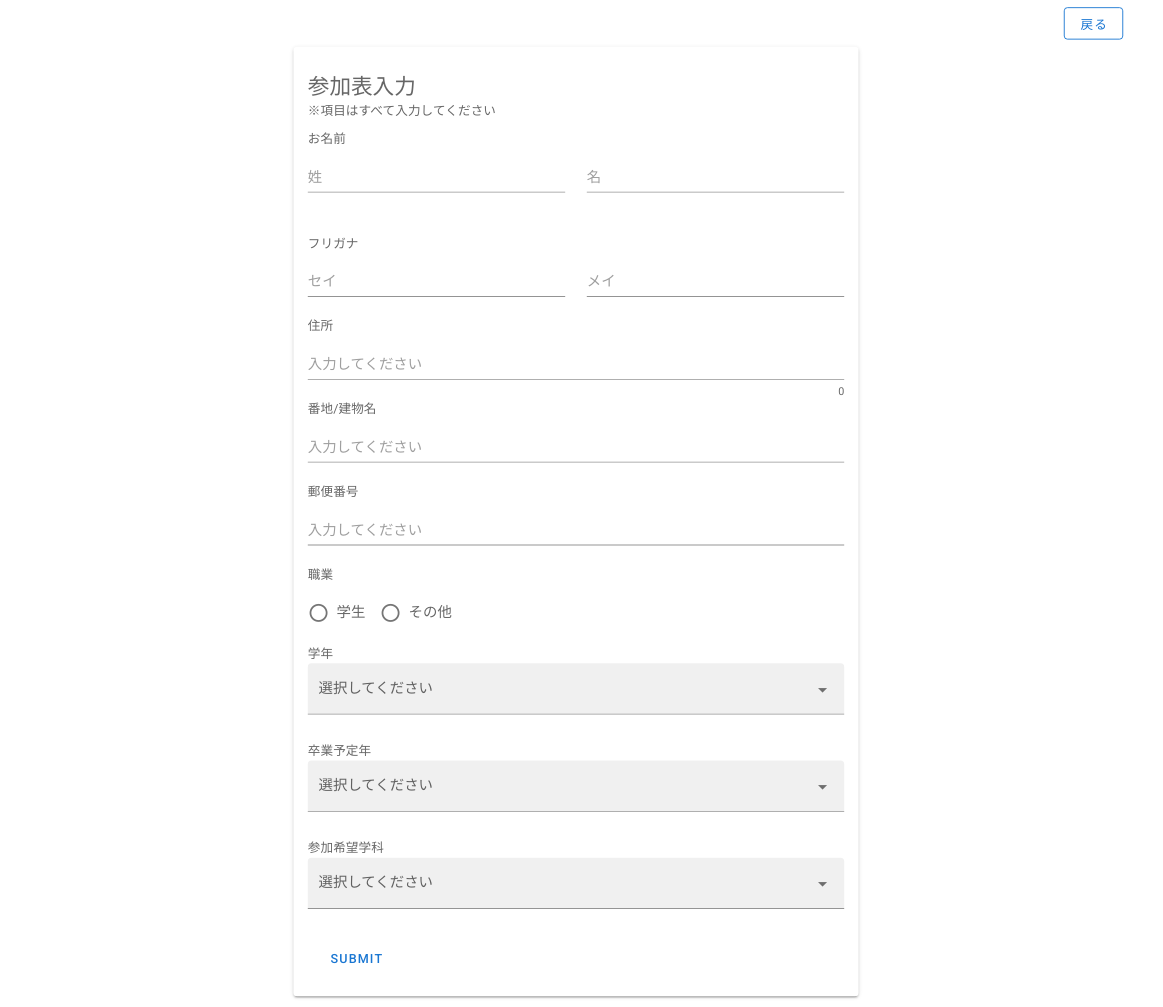
Repository: taniwhy/open-campus-system
Page: /#/register (app in client_view/)
The author's editor kept a copy of each file at every save. The page is drawn from the files as they stood at one save, then again after the next save.
The browser window is 1280 px wide. The page is 1292 px wide, so the pictures cover 1292 px, including what lies to the right of the window. The pictures show the whole page, at 90% of full size.
The project was rebuilt for these pictures with package versions that can differ from the ones it lists, and the page was loaded fresh each time. Also part of the build but not shown: client_view/vue.config.js, client_view/src/components/Home.vue, client_view/src/components/Login.vue, client_view/src/components/Branch.vue.

Above is the page before, as saved 2019-11-28 10:26:23.

After the next save:
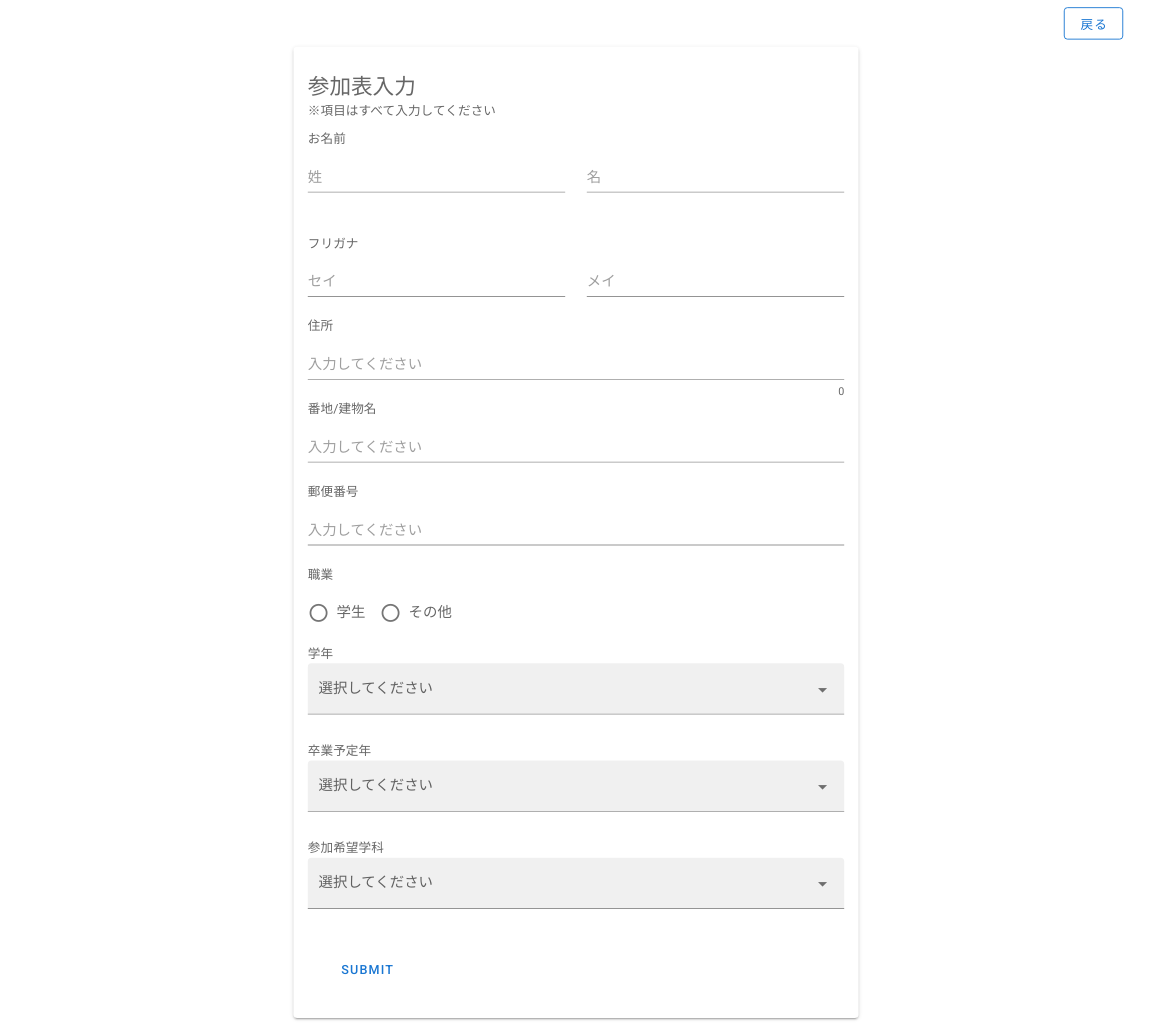
Saved 42 s later.
--- a/client_view/src/components/Register.vue
+++ b/client_view/src/components/Register.vue
@@ -99,11 +99,13 @@
             <v-select :items="yotei_items" filled label="選択してください"></v-select>参加希望学科
             <v-select :items="gakka_items" filled label="選択してください"></v-select>
             <v-card-actions>
-              <v-row>
-                <v-col>
-                  <v-btn justify="center" color="primary" text @click="submit">Submit</v-btn>
-                </v-col>
-              </v-row>
+              <v-container>
+                <v-row>
+                  <v-col>
+                    <v-btn justify="center" color="primary" text @click="submit">Submit</v-btn>
+                  </v-col>
+                </v-row>
+              </v-container>
             </v-card-actions>
           </v-card-text>
         </v-card>
